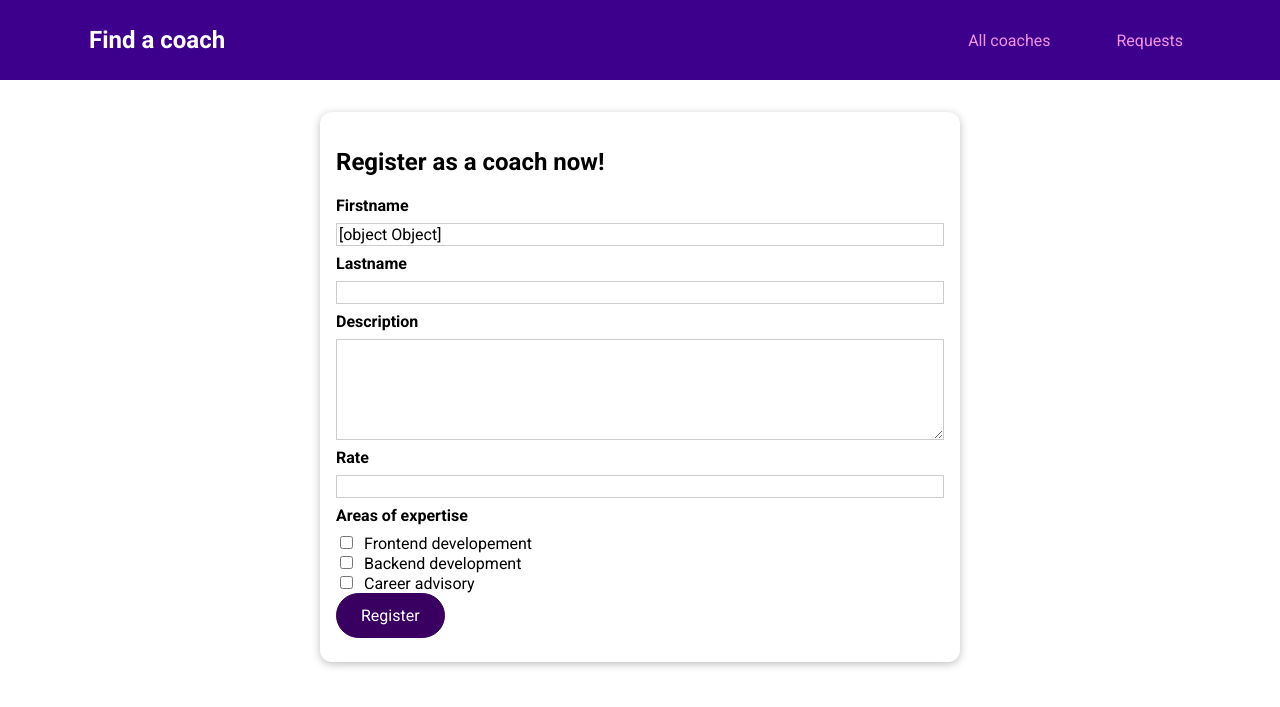
Repository: DaveBaulch/vue-course-find-a-coach
Page: /register
The author's editor kept a copy of each file at every save. The page is drawn from the files as they stood at one save, then again after a run of saves.
The browser window is 1280 px wide. The pictures show the whole page.
The project was rebuilt for these pictures with package versions that can differ from the ones it lists, and the page was loaded fresh each time. Also part of the build but not shown: src/pages/coaches/CoachDetail.vue, src/components/coaches/CoachItem.vue, src/components/coaches/CoachFilter.vue, src/pages/coaches/CoachesList.vue, src/pages/requests/ContactCoach.vue, src/pages/requests/RequestsReceived.vue, src/components/ui/BaseBadge.vue. Imported but missing from the stored project, and not drawn on this page: src/pages/NotFound.vue.

Above is the page before, as saved 2021-01-24 10:07:05.

After the next 6 saves:
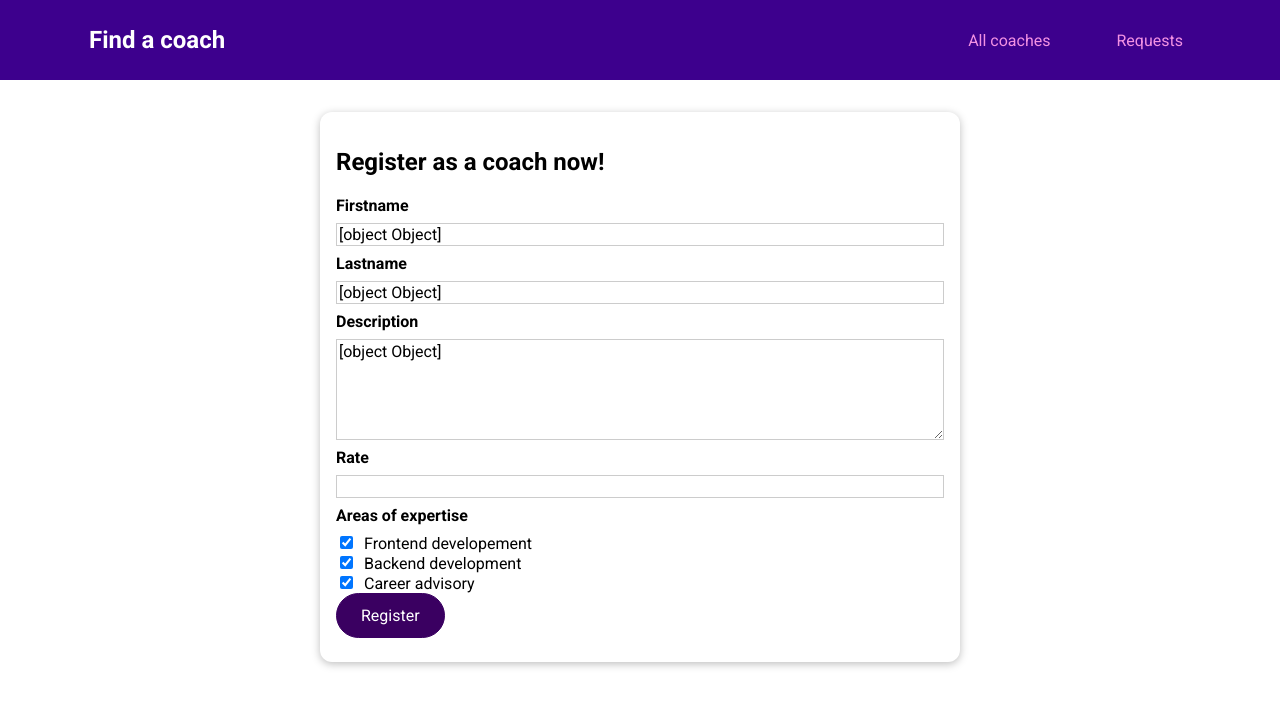
The 6 saves are shown as one change because they came seconds apart.
The last was saved 16 s later.
--- a/src/components/coaches/CoachForm.vue
+++ b/src/components/coaches/CoachForm.vue
@@ -49,10 +49,22 @@ export default {
         val: '',
         isValid: true
       },
-      lastname: '',
-      description: '',
-      rate: '',
-      areas: [],
+      lastname: {
+        val: '',
+        isValid: true
+      },
+      description: {
+        val: '',
+        isValid: true
+      },
+      rate: {
+        val: '',
+        isValid: true
+      },
+      areas: {
+        val: [],
+        isValid: true
+      },
       formIsValid: true
     };
   },
